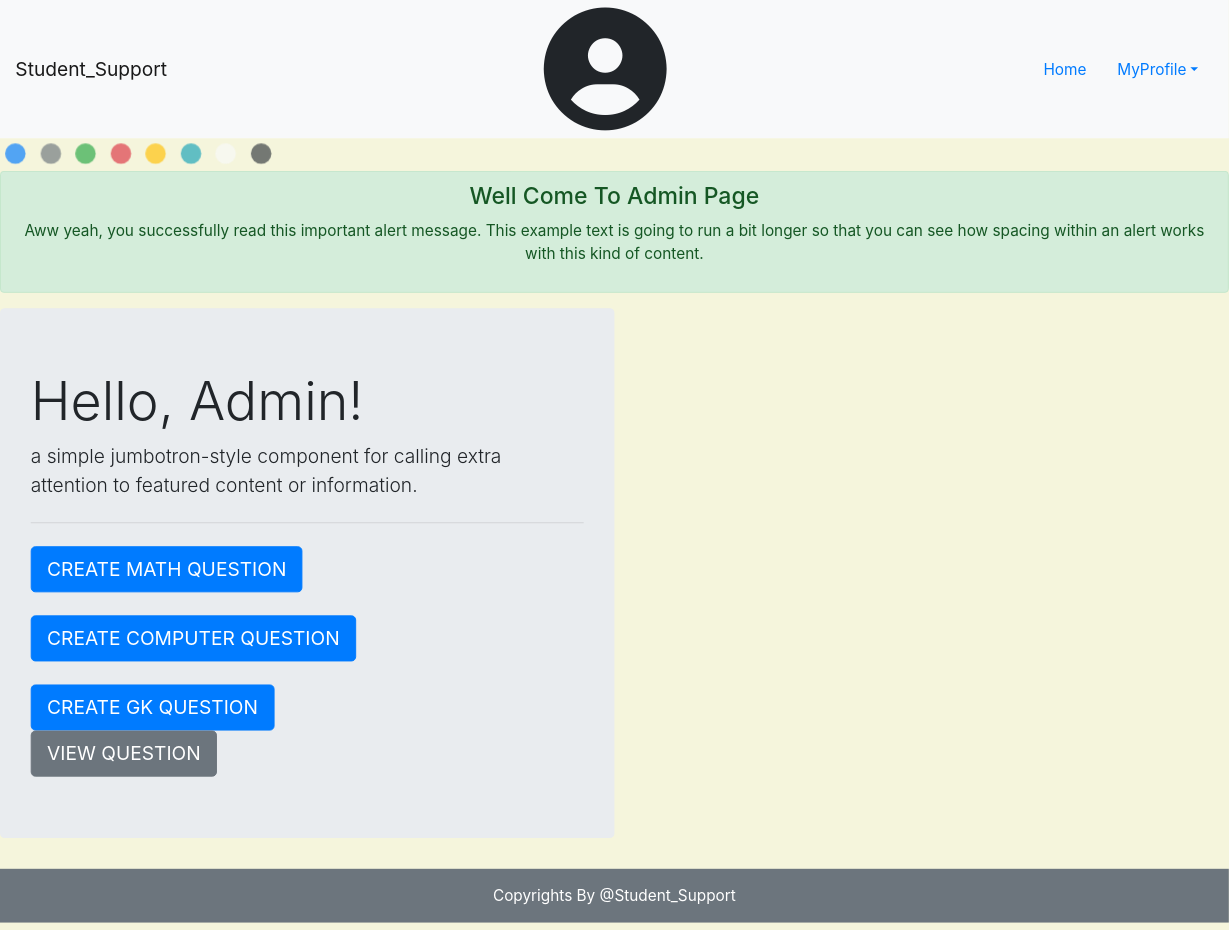
Repository: FeelHack/STUDENT-EXAMINATION-SYSTEM
Page: http://localhost/Exam_System/Admin/admin.jsp
The author's editor kept a copy of each file at every save. The page is drawn from the files as they stood at one save, then again after the next save.
The browser window is 1280 px wide. The pictures show the whole page, at 96% of full size.
Some web libraries are served in a nearby version. The page is served by Tomcat 9. Other server files are loaded and not shown.

Above is the page before, as saved 2020-03-12 07:12:03.

### Exam System/WebContent/Admin/admin.jsp
<%@ page language="java" contentType="text/html; charset=UTF-8"
    pageEncoding="UTF-8"%>




 <!doctype html>
<html lang="en">
  <head>

    <meta charset="utf-8">
    <meta name="viewport" content="width=device-width, initial-scale=1, shrink-to-fit=no">

    <!-- Bootstrap CSS -->
    <link rel="stylesheet" href="https://stackpath.bootstrapcdn.com/bootstrap/4.4.1/css/bootstrap.min.css" integrity="sha384-Vkoo8x4CGsO3+Hhxv8T/Q5PaXtkKtu6ug5TOeNV6gBiFeWPGFN9MuhOf23Q9Ifjh" crossorigin="anonymous">
    <!-- Optional JavaScript -->
    <!-- jQuery first, then Popper.js, then Bootstrap JS -->
    <script src="https://code.jquery.com/jquery-3.4.1.slim.min.js" integrity="sha384-J6qa4849blE2+poT4WnyKhv5vZF5SrPo0iEjwBvKU7imGFAV0wwj1yYfoRSJoZ+n" crossorigin="anonymous"></script>
    <script src="https://cdn.jsdelivr.net/npm/popper.js@1.16.0/dist/umd/popper.min.js" integrity="sha384-Q6E9RHvbIyZFJoft+2mJbHaEWldlvI9IOYy5n3zV9zzTtmI3UksdQRVvoxMfooAo" crossorigin="anonymous"></script>
    <script src="https://stackpath.bootstrapcdn.com/bootstrap/4.4.1/js/bootstrap.min.js" integrity="sha384-wfSDF2E50Y2D1uUdj0O3uMBJnjuUD4Ih7YwaYd1iqfktj0Uod8GCExl3Og8ifwB6" crossorigin="anonymous"></script>
    <script src="https://kit.fontawesome.com/1737af4a09.js" crossorigin="anonymous"></script>

  </head>


  <body style="background-color: beige;">
    <nav id="navbar-example2" class="navbar navbar-light bg-light">
        <a class="navbar-brand" href="admin.jsp">Student_Support</a>

        <i class="fas fa-user-circle fa-8x" style="text-align: center;"></i>
        <ul class="nav nav-pills">
          <li class="nav-item">
            <a class="nav-link" href="admin.jsp">Home</a>
          </li>
          <li class="nav-item dropdown">
            <a class="nav-link dropdown-toggle" data-toggle="dropdown" href="#" role="button" aria-haspopup="true" aria-expanded="false">MyProfile</a>
            <div class="dropdown-menu">
              <a class="dropdown-item" href="#one">View Profile</a>
              <a class="dropdown-item" href="#two">Edit My Profile</a>
              <div role="separator" class="dropdown-divider"></div>
              <a class="dropdown-item" href="../logout.jsp">Signout</a>
            </div>
          </li>
        </ul>
      </nav>


      <div class="spinner-grow text-primary" role="status">
        <span class="sr-only">Loading...</span>
      </div>
      <div class="spinner-grow text-secondary" role="status">
        <span class="sr-only">Loading...</span>
      </div>
      <div class="spinner-grow text-success" role="status">
        <span class="sr-only">Loading...</span>
      </div>
      <div class="spinner-grow text-danger" role="status">
        <span class="sr-only">Loading...</span>
      </div>
      <div class="spinner-grow text-warning" role="status">
        <span class="sr-only">Loading...</span>
      </div>
      <div class="spinner-grow text-info" role="status">
        <span class="sr-only">Loading...</span>
      </div>
      <div class="spinner-grow text-light" role="status">
        <span class="sr-only">Loading...</span>
      </div>
      <div class="spinner-grow text-dark" role="status">
        <span class="sr-only">Loading...</span>
      </div>

  </div>
      </div>
      <div class="alert alert-success" role="alert" style="text-align: center;">
        <h4 class="alert-heading">Well Come To Admin Page</h4>
        <p>Aww yeah, you successfully read this important alert message. This example text is going to run a bit longer so that you can see how spacing within an alert works with this kind of content.</p>
      </div>

  <div class="jumbotron" style="width: 50%;">
    <h1 class="display-4">Hello, Admin!</h1>
    <p class="lead"> a simple jumbotron-style component for calling extra attention to featured content or information.</p>
    <hr class="my-4">
    <a class="btn btn-primary btn-lg" href="Math.jsp" role="button" target="">CREATE MATH QUESTION</a><br><br>
    <a class="btn btn-primary btn-lg" href="Computer.jsp" role="button" target="">CREATE COMPUTER QUESTION</a><br><br>
    <a class="btn btn-primary btn-lg" href="Gk.jsp" role="button" target="">CREATE GK QUESTION</a><br>
    <a class="btn btn-secondary btn-lg" href="ViewQuestion.jsp" role="button">VIEW QUESTION</a>
  </div>

  <div class="p-3 mb-2 bg-secondary text-white" style="text-align: center;">Copyrights By @Student_Support</div>
  </body>
</html>

After the next save:
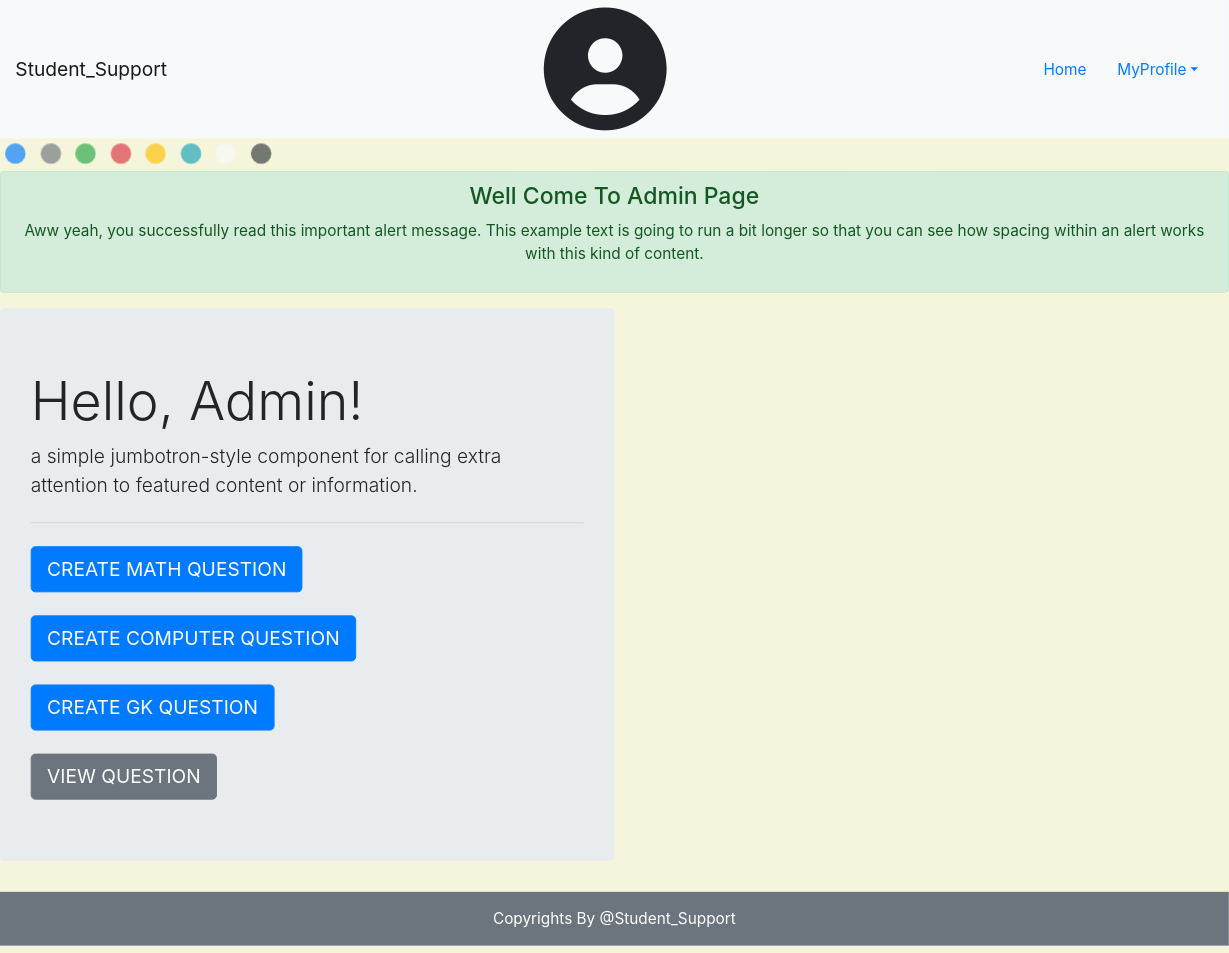
Saved 17 s later.
--- a/Exam System/WebContent/Admin/admin.jsp
+++ b/Exam System/WebContent/Admin/admin.jsp
@@ -83,7 +83,7 @@
     <hr class="my-4">
     <a class="btn btn-primary btn-lg" href="Math.jsp" role="button" target="">CREATE MATH QUESTION</a><br><br>
     <a class="btn btn-primary btn-lg" href="Computer.jsp" role="button" target="">CREATE COMPUTER QUESTION</a><br><br>
-    <a class="btn btn-primary btn-lg" href="Gk.jsp" role="button" target="">CREATE GK QUESTION</a><br>
+    <a class="btn btn-primary btn-lg" href="Gk.jsp" role="button" target="">CREATE GK QUESTION</a><br><br>
     <a class="btn btn-secondary btn-lg" href="ViewQuestion.jsp" role="button">VIEW QUESTION</a>
   </div>
 
